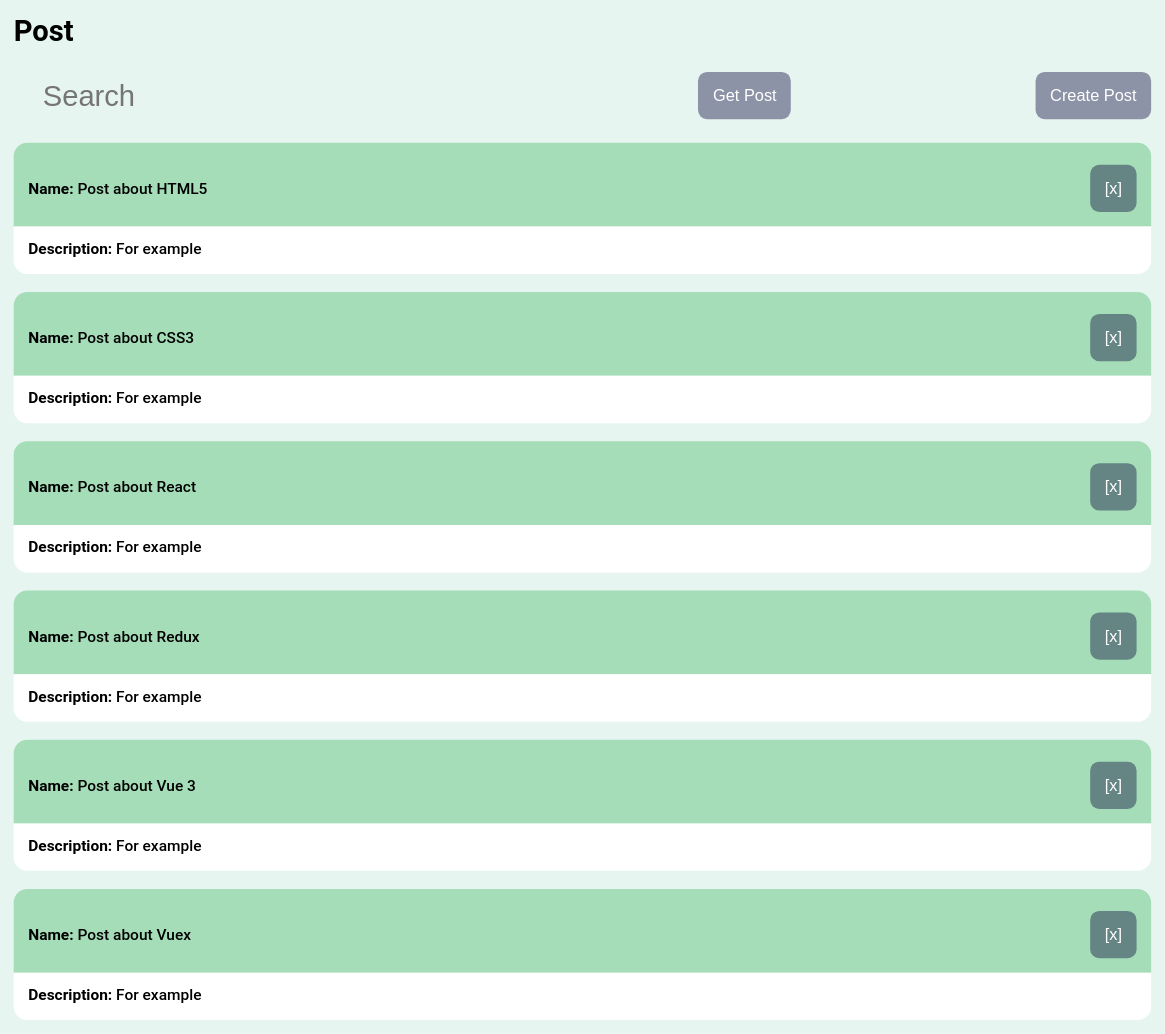
Repository: Axeliriya/vue-todo
Page: /
An editor plug-in stored every save of this project. The page is shown before and after the next save, followed by the edit.
The browser window is 1280 px wide. The pictures show the whole page, at 91% of full size.
The page's requests for data from a server got no answer. The project was rebuilt for these pictures with package versions that can differ from the ones it lists, and the page was loaded fresh each time. No one was signed in, and anything a server would have sent is missing. Also part of the build but not shown: vue.config.js, src/components/PostForm.vue.

Above is the page before, as saved 2022-04-02 01:25:09.

After the next save:
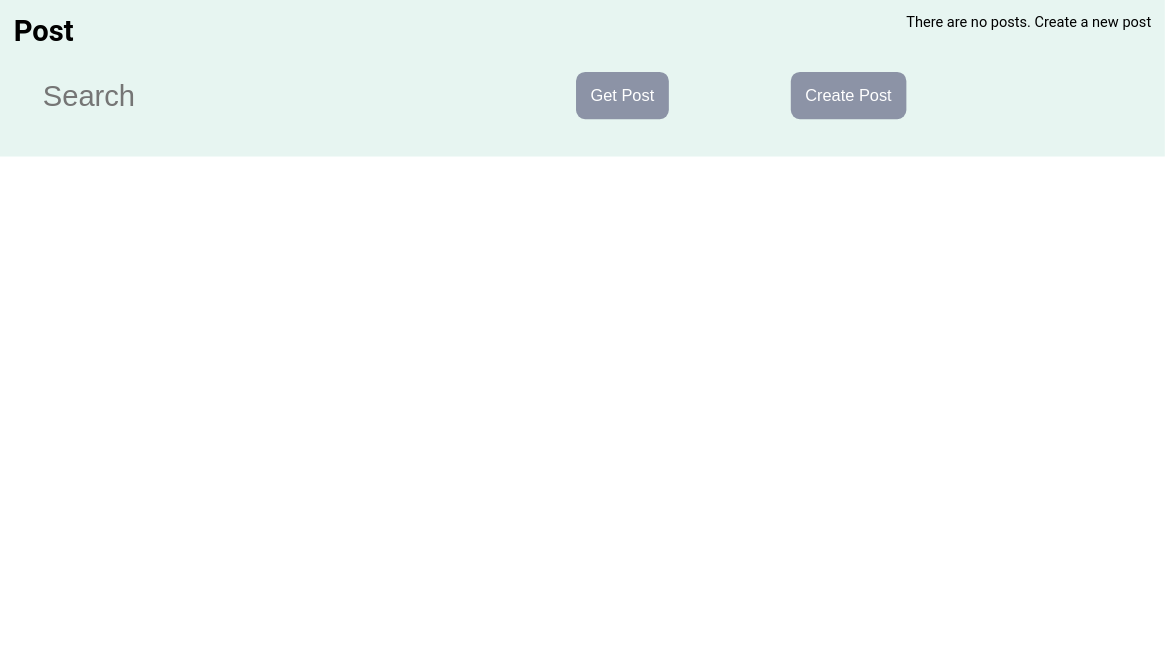
Saved 3 min 20 s later.
--- a/src/App.vue
+++ b/src/App.vue
@@ -8,7 +8,8 @@
         <custom-btn @click="showModal">Create Post</custom-btn>
       </div>
     </header>
-    <post-list :posts="posts" @remove="removePost" />
+    <div v-if="isLoading">Loading</div>
+    <post-list v-else :posts="posts" @remove="removePost" />
     <custom-modal v-model:show="show"
       ><post-form v-model:show="show" @create="createPost"
     /></custom-modal>
@@ -27,15 +28,9 @@ export default {
   },
   data() {
     return {
-      posts: [
-        { id: Date.now(), title: 'Post about HTML5', body: 'For example' },
-        { id: Date.now() + 1, title: 'Post about CSS3', body: 'For example' },
-        { id: Date.now() + 2, title: 'Post about React', body: 'For example' },
-        { id: Date.now() + 3, title: 'Post about Redux', body: 'For example' },
-        { id: Date.now() + 4, title: 'Post about Vue 3', body: 'For example' },
-        { id: Date.now() + 5, title: 'Post about Vuex', body: 'For example' },
-      ],
+      posts: [],
       show: false,
+      isLoading: false,
     };
   },
   methods: {
@@ -50,13 +45,16 @@ export default {
       this.show = true;
     },
     async fetchPosts() {
+      this.isLoading = true;
       try {
         const { data } = await axios.get(
           'https://jsonplaceholder.typicode.com/posts?_limit=10',
         );
         this.posts = [...this.posts, ...data];
+        this.isLoading = false;
       } catch (e) {
         console.log(e?.message);
+        this.isLoading = false;
       }
     },
   },
